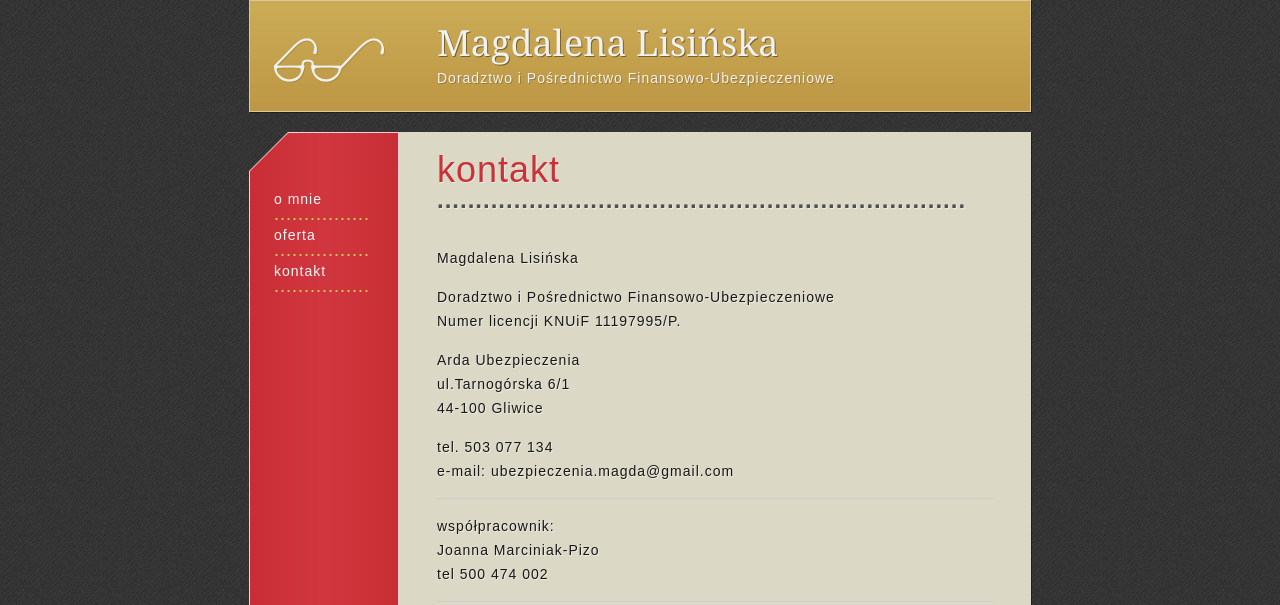
Repository: gabr/php_elicpse_workspace
Page: Magda Lisinska/kontakt.html
An editor plug-in stored every save of this project. The page is shown before and after the next save, followed by the edit.
The browser window is 1280 px wide. The pictures show the part of the page from y = 0 to 605 px (the page is 1149 px tall).
Pictures or frames that could not be fetched are drawn as grey boxes.

Above is the page before, as saved 2013-03-08 14:28:58.

### Magda Lisinska/kontakt.html
<!DOCTYPE HTML>
<html>
<head>
<meta http-equiv="Content-Type" content="text/html; charset=utf-8">
<title>Magdalena Lisińska</title>
<!--
        <meta name="description" content="Add your sites description here">
        <meta name="keywords" content="Add,your,site,keywords,here">
        <link rel="icon" type="image/x-icon" href="../images/favicon.ico">
        -->
<link rel="stylesheet" type="text/css" href="css/reset.css"
  media="screen">
<link rel="stylesheet" type="text/css" href="css/style.css"
  media="screen">
<!-- <script src="js/jquery-1.9.1.js"></script>
        <script src="js/script.js"></script> -->
<!--[if lt IE 9]>
        <script src="js/html5shiv.js"></script>
        <![endif]-->
</head>

<body>
  <!-- head -->
  <div id="header">
    <a href="index.html" id="glasses"></a> <a href="index.html"
      id="header-title">
      <p id="title">Magdalena Lisińska</p>
      <p id="slogan">Doradztwo i Pośrednictwo
        Finansowo-Ubezpieczeniowe</p>
    </a>
    <div class="clear"></div>
  </div>

  <!-- body -->
  <div id="body">
    <!-- menu -->
    <div id="menu">
      <div id="menu-head"></div>
      <div id="menu-body" style="height: 953px">
        <div id="menu-margin"></div>
        <ul>
          <li><a href="index.html">o mnie</a></li>
          <li class="line">................</li>
          <li><a href="#">oferta</a></li>
          <li class="line">................</li>
          <li><a href="#">kontakt</a></li>
          <li class="line">................</li>
        </ul>
      </div>
    </div>
    <!-- content -->
    <div id="content">
      <div>
        <h1>kontakt</h1>
        <div class="line">.....................................................................</div>
        <br>
        <p>Magdalena Lisińska</p>

        <p>
          Doradztwo i Pośrednictwo Finansowo-Ubezpieczeniowe <br>Numer
          licencji KNUiF 11197995/P.
        </p>

        <p>
          Arda Ubezpieczenia <br>ul.Tarnogórska 6/1 <br>44-100
          Gliwice
        </p>

        <p>
          tel. 503 077 134 <br>e-mail: <a target="_blank"
            style="color: #181818"
            href="mailto:ubezpieczenia.magda@gmail.com">ubezpieczenia.magda@gmail.com</a>
        </p>

        <hr>
        <p>
          współpracownik: <br> Joanna Marciniak-Pizo <br> tel
          500 474 002
        </p>
        <hr>

        <iframe width="550" height="450" frameborder="0" scrolling="no"
          marginheight="0" marginwidth="0"
          src="https://mapy.google.pl/maps?f=q&amp;source=s_q&amp;hl=pl&amp;geocode=&amp;q=ul.Tarnog%C3%B3rska+6%2F1+44-100+Gliwice&amp;aq=&amp;sll=50.246665,19.004371&amp;sspn=3.049226,6.174316&amp;t=h&amp;ie=UTF8&amp;hq=&amp;hnear=Tarnog%C3%B3rska+6,+44-102+Gliwice,+%C5%9Bl%C4%85skie&amp;ll=50.306665,18.681908&amp;spn=0.024668,0.047121&amp;z=14&amp;iwloc=A&amp;output=embed">
        </iframe>
        <br /> <a id="google-maps"
          href="https://mapy.google.pl/maps?f=q&amp;source=embed&amp;hl=pl&amp;geocode=&amp;q=ul.Tarnog%C3%B3rska+6%2F1+44-100+Gliwice&amp;aq=&amp;sll=50.246665,19.004371&amp;sspn=3.049226,6.174316&amp;t=h&amp;ie=UTF8&amp;hq=&amp;hnear=Tarnog%C3%B3rska+6,+44-102+Gliwice,+%C5%9Bl%C4%85skie&amp;ll=50.306665,18.681908&amp;spn=0.024668,0.047121&amp;z=14&amp;iwloc=A">
          zobacz na maps.google.pl </a>
      </div>
    </div>
    <div class="clear"></div>

    <!-- footer -->
    <div id="footer">
      <div id="left-footer">
        <p>2013</p>
      </div>
      <div id="right-footer">
        <p>ireneuszgabrys@gmail.com &amp;
          arkadiuszgabrys@gmail.com&ensp;&ensp;&ensp;&ensp;</p>
      </div>
      <div class="clear"></div>
    </div>

  </div>
</body>
</html>

### Magda Lisinska/css/reset.css
/*
html5doctor.com Reset Stylesheet
v1.6.1
Last Updated: 2010-09-17
Author: Richard Clark - http://richclarkdesign.com
Twitter: @rich_clark
*/

html, body, div, span, object, iframe,
h1, h2, h3, h4, h5, h6, p, blockquote, pre,
abbr, address, cite, code,
del, dfn, em, img, ins, kbd, q, samp,
small, strong, sub, sup, var,
b, i,
dl, dt, dd, ol, ul, li,
fieldset, form, label, legend,
table, caption, tbody, tfoot, thead, tr, th, td,
article, aside, canvas, details, figcaption, figure,
footer, header, hgroup, menu, nav, section, summary,
time, mark, audio, video {
margin:0;
padding:0;
border:0;
outline:0;
font-size:100%;
vertical-align:baseline;
background:transparent;
}

body {line-height:1;}

article,aside,details,figcaption,figure,
footer,header,hgroup,menu,nav,section {
display:block; zoom:1;
}

nav ul {list-style:none;}

blockquote, q {quotes:none;}

blockquote:before, blockquote:after,
q:before, q:after {
content:'';
content:none;
}

a {
margin:0;
padding:0;
font-size:100%;
vertical-align:baseline;
background:transparent;
}

/* change colours to suit your needs */
ins {
background-color:#ff9;
color:#000;
text-decoration:none;
}

/* change colours to suit your needs */
mark {
background-color:#ff9;
color:#000;
font-style:italic;
font-weight:bold;
}

del {text-decoration: line-through;}

abbr[title], dfn[title] {
border-bottom:1px dotted;
cursor:help;
}

table {
border-collapse:collapse;
border-spacing:0;
}

/* change border colour to suit your needs */
hr {
display:block;
height:1px;
border:0;
border-top:1px solid #cccccc;
margin:1em 0;
padding:0;
}

input, select {
vertical-align:middle;
}

### Magda Lisinska/css/style.css
/*  Main  */
body {
  background: url(../images/background.png);
  color: #000;
  font-family: Arial, Helvetica, sans-serif;
  font-size: 14px;
  letter-spacing: 1px;
}

p {
  color: #181818;
  text-align: left;
  margin: 0px 0px 15px 0px;
  line-height: 24px;
}

a {
  color: #cb3138;
  text-decoration: none;
}

a:hover {
  text-decoration: underline;
}

h1 {
  margin: 20px 0px 0px 0px;
  font-size: 36px;
  color: #cb3138;
  font-weight: normal;
}

img {
  height: 290px;
  float: left;
  margin: 5px 10px 0px 0px;
  border: 1px solid #363636;
  box-shadow: 1px 1px 0px rgba(255, 255, 255, 0.5);
}

.line {
  -webkit-touch-callout: none;
  -webkit-user-select: none;
  -khtml-user-select: none;
  -moz-user-select: none;
  -ms-user-select: none;
  user-select: none;
}

.clear {
  clear: both;
}

/* Header */
#header {
  background: url(../images/header.jpg);
  width: 780px;
  height: 110px;
  margin: 0 auto;
  border: 1px solid #dbc89a;
  box-shadow: 1px 1px 0px rgba(0, 0, 0, 0.4)
}

#glasses {
  background: url(../images/glasses.png);
  width: 112px;
  height: 45px;
  margin: 37px 0px 0px 23px;
  display: block;
  outline: none;
  float: left;
}

#header-title {
  float: left;
  margin: 30px 0px 0px 52px;
  outline: none;
  text-decoration: none;
}

#title {
  margin: 0px 0px 0px 0px;
  color: #f1f1f1;
  text-shadow: 1px 1px 0px rgba(0, 0, 0, 0.4);
  font-family: Georgia, Times New Roman, Times;
  font-size: 36px;
  letter-spacing: 0px;
}

#slogan {
  color: #f1f1f1;
  text-shadow: 1px 1px 0px rgba(0, 0, 0, 0.2);
  margin: 11px 0px 0px 0px;
}

/* Body */
#body {
  margin: 0 auto;
  margin-top: 20px;
  width: 782px;
  box-shadow: 1px 1px 0px rgba(0, 0, 0, 0.4);
}

/* Menu */
#menu {
  float: left;
  width: 150px;
}

#menu-head {
  background: url(../images/menu_head.png);
  height: 40px;
}

#menu-body {
  background: url(../images/menu.jpg);
  min-height: 200px;
}

#menu-margin {
  height: 20px;
}

#menu-body ul {
  width: 100px;
  margin: 0 auto;
  list-style: none;
}

#menu-body a {
  color: #f7f7f7;
  text-decoration: none;
}

#menu-body li>a:hover {
  font-weight: bold;
}

#menu-body li.line {
  font-size: 18px;
  color: #f7cb61;
  margin: -1px 0px 5px 0px;
}

/* Content */
#content {
  float: left;
  width: 632px;
  min-height: 200px;
  background: #dbd8c5;
  text-shadow: 1px 1px 0px rgba(255, 255, 255, 0.5);
  padding-bottom: 20px;
}

#content>div {
  margin: 0px 38px 0px 38px;
}

#content .line {
  margin: 0px 0px 20px 0px;
  font-size: 24px;
  color: #4f4f4f;
  font-weight: bold;
}

#content ul {
  list-style-type: circle;
  list-style-position: inside;
}

#content ul li {
  text-decoration: none;
  font-family: Arial, Helvetica, sans-serif;
  font-size: 14px;
  letter-spacing: 1px;
  color: #181818;
  text-align: left;
  margin: 0px 0px 15px 0px;
  line-height: 24px;
}

#content ul li p {
  margin-left: 13px;
}

#content iframe {
  margin: 20px auto 2px auto;
}

#google-maps {
  float: right;
  margin-right: 6px;
}

/* Footer */
#footer {
  width: 782px;
}

#left-footer {
  background: url(../images/menu.jpg);
  width: 150px;
  height: 20px;
  float: left;
}

#left-footer p {
  color: #f7f7f7;
  text-align: center;
  font-size: 12px;
}

#right-footer {
  float: right;
  width: 632px;
  height: 20px;
  background: #dbd8c5;
}

#right-footer p {
  color: #918e7e;
  text-align: right;
  font-size: 12px;
}

After the next save:
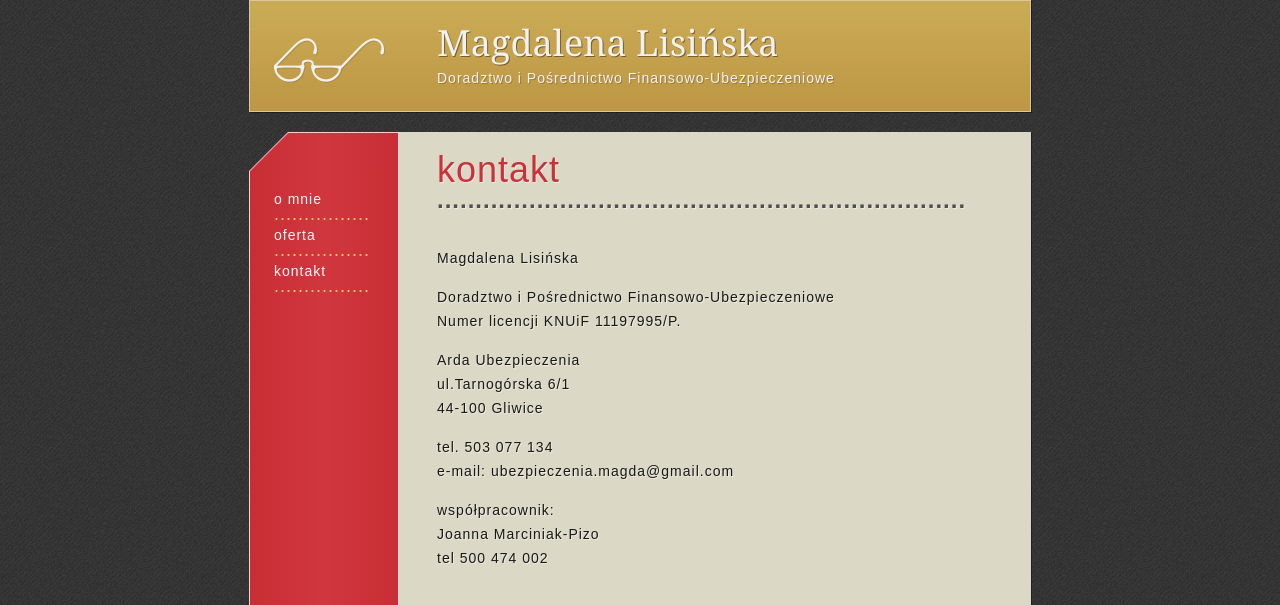
Saved 4 min 9 s later.
--- a/Magda Lisinska/kontakt.html
+++ b/Magda Lisinska/kontakt.html
@@ -72,12 +72,12 @@
             href="mailto:ubezpieczenia.magda@gmail.com">ubezpieczenia.magda@gmail.com</a>
         </p>
 
-        <hr>
+
         <p>
           współpracownik: <br> Joanna Marciniak-Pizo <br> tel
           500 474 002
         </p>
-        <hr>
+
 
         <iframe width="550" height="450" frameborder="0" scrolling="no"
           marginheight="0" marginwidth="0"
